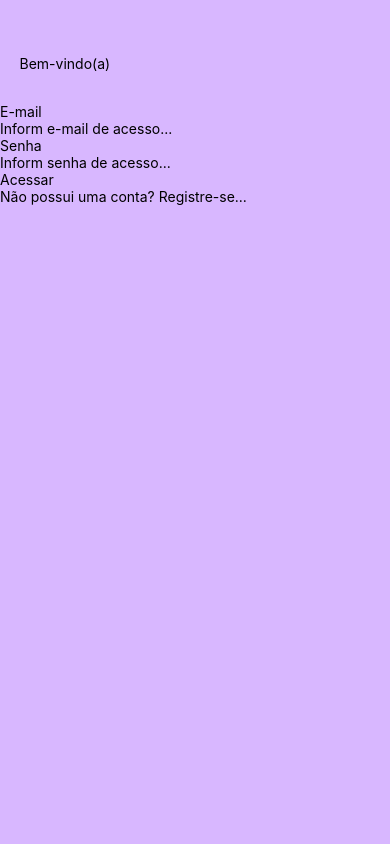
Repository: anacleto-caua/flavio_finance_clean
Page: /
The author's editor kept a copy of each file at every save. The page is drawn from the files as they stood at one save, then again after a run of saves.
The browser window is 390 px wide. The pictures show the whole page.
The app was drawn by React Native's web renderer in a window 390 px wide. The project was rebuilt for these pictures with package versions that can differ from the ones it lists, and the page was loaded fresh each time. Also part of the build but not shown: src/pages/Welcome/index.js.

Above is the page before, as saved 2024-03-12 19:50:58.

After the next 2 saves:
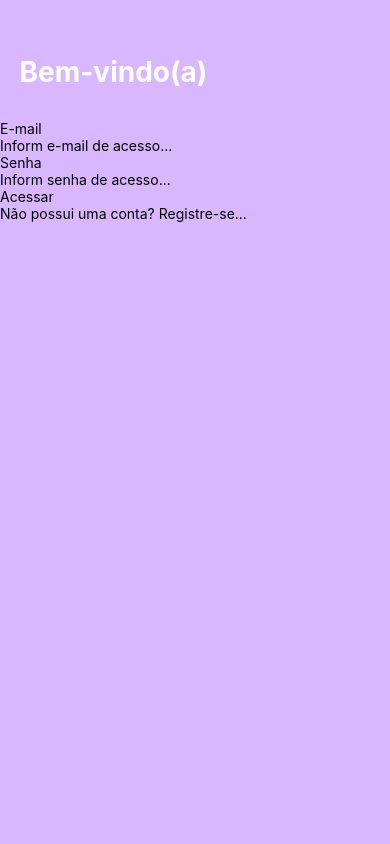
The 2 saves are shown as one change because 1 did not build or start.
The last was saved 66 s later.
--- a/src/pages/SignIn/index.js
+++ b/src/pages/SignIn/index.js
@@ -61,4 +61,11 @@ const styles = StyleSheet.create({
     paddingStart: '5%',
   },
 
+  message: {
+    fontSize: 28,
+    fontWeight: 'bold',
+    color: "#fff",
+  },
+
+
 })
